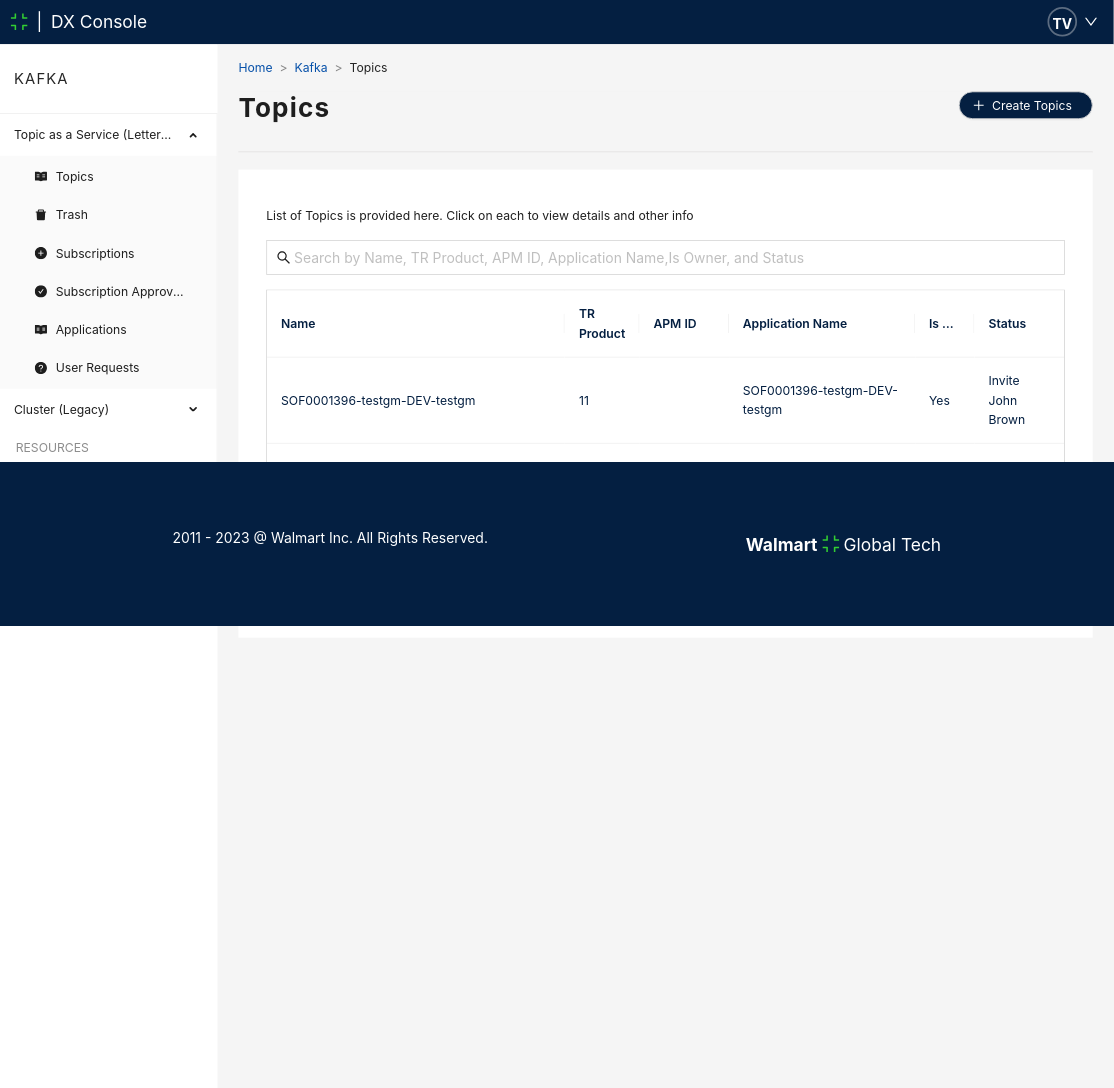
Repository: Qianying-Chai/kafka
Page: /kafka/topics
The author's editor kept a copy of each file at every save. The page is drawn from the files as they stood at one save, then again after the next save.
The browser window is 1280 px wide. The pictures show the whole page, at 87% of full size.
The project was rebuilt for these pictures with package versions that can differ from the ones it lists, and the page was loaded fresh each time. Also part of the build but not shown: src/pages/Taas/Trash/Style/Trash.css, src/pages/Taas/Trash/Trash.jsx, src/pages/Taas/SubscriptionApprovals/SubscriptionApprovals.jsx, src/pages/Taas/Subscriptions/SubscriptionsNonProxy/SubscriptionsNonProxy.jsx, src/pages/Taas/Subscriptions/SubscriptionsProxy/SubscriptionsProxy.jsx, src/pages/Taas/Applications/Applications.jsx, src/pages/Taas/UserRequests/UserRequests.jsx, src/pages/Cluster/Style/Clusters.css and 7 more.

Above is the page before, as saved 2024-01-15 15:57:00.

### src/index.js
import React from "react";
import ReactDOM from "react-dom/client";
import App from "./App";
import { BrowserRouter } from "react-router-dom";
import { Provider } from "react-redux";
import store from "../src/redux/store";
import "./style/index.css";

const root = ReactDOM.createRoot(document.getElementById("root"));
root.render(
  <Provider store={store}>
    <BrowserRouter>
      <App />
    </BrowserRouter>
  </Provider>
);

### src/App.js
import Header from "./pages/common/Header";
import Sider from "./pages/common/Sider.jsx";
import categoryConstants from "./pages/common/categoryConstants";
import Topics from "./pages/Taas/Topics/Topics";
import Trash from "./pages/Taas/Trash/Trash";
import SubscriptionApprovals from "./pages/Taas/SubscriptionApprovals/SubscriptionApprovals";
import SubscriptionsNonProxy from "./pages/Taas/Subscriptions/SubscriptionsNonProxy/SubscriptionsNonProxy";
import SubscriptionsProxy from "./pages/Taas/Subscriptions/SubscriptionsProxy/SubscriptionsProxy";
import Applications from "./pages/Taas/Applications/Applications";
import UserRequests from "./pages/Taas/UserRequests/UserRequests";
import Clusters from "./pages/Cluster/Clusters";
import MigratedClusters from "./pages/Cluster/MigratedClusters";
import Subscription from "./pages/Cluster/Subscription";
import UserRequestsLegacy from "./pages/Cluster/UserRequestsLegacy";
import CreateTopics from "./pages/Taas/Topics/CreateTopics.jsx";
import Support from "./pages/Resources/Support";
import Footer from "./pages/common/Footer";
import { Routes, Route } from "react-router-dom";
import { Layout } from "antd";

function App() {
  return (
    <div className="App">
      <Layout>
        <Header />
        <Layout>
          <Sider />
          <Layout
            style={{
              padding: "0 24px 24px",
              height: "fit-content",
            }}
          >
            <Routes>
              <Route
                path={`kafka/${categoryConstants.TOPICS.toLowerCase()}`}
                element={<Topics />}
              />
              <Route
                path={`kafka/${categoryConstants.TOPICS.toLowerCase()}/create`}
                element={<CreateTopics />}
              />
              <Route
                path={`kafka/${categoryConstants.TRASH.toLowerCase()}`}
                element={<Trash />}
              />
              <Route
                path={`kafka/${categoryConstants.SUBSCRIPTIONS.toLowerCase()}_active_tab=nonProxy`}
                element={<SubscriptionsNonProxy />}
              />
              <Route
                path={`kafka/${categoryConstants.SUBSCRIPTIONS.toLowerCase()}_active_tab=proxy`}
                element={<SubscriptionsProxy />}
              />
              <Route
                path={`kafka/subscriptionRequests`}
                element={<SubscriptionApprovals />}
              />
              <Route
                path={`kafka/${categoryConstants.APPLICATIONS.toLowerCase()}`}
                element={<Applications />}
              />
              <Route path={`kafka/requests`} element={<UserRequests />} />
              <Route
                path={`kafka/${categoryConstants.CLUSTERS.toLowerCase()}`}
                element={<Clusters />}
              />
              <Route
                path={`kafka/migrated-clusters`}
                element={<MigratedClusters />}
              />
              <Route
                path={`kafka/mps-clusters-subscriptions`}
                element={<Subscription />}
              />
              <Route
                path={`kafka/legacy-requests`}
                element={<UserRequestsLegacy />}
              />
              <Route
                path={`kafka/${categoryConstants.SUPPORT.toLowerCase()}`}
                element={<Support />}
              />
            </Routes>
          </Layout>
        </Layout>
        <Footer />
      </Layout>
    </div>
  );
}

export default App;

### src/redux/store.jsx
import { configureStore } from "@reduxjs/toolkit";
import reducer from "./reducer";
const store = configureStore({ reducer: reducer });
export default store;

### src/pages/common/Header.jsx
import React from "react";
import "./Style/Header.css";
import { CompressOutlined, UpOutlined, DownOutlined } from "@ant-design/icons";
import { Layout } from "antd";
import { useState } from "react";
const Header = () => {
  const [login, setLogin] = useState(true);

  return (
    <Layout>
      <Layout.Header className="header">
        <div className="header-content-left">
          <CompressOutlined className="header-left-icon" />
          <span className="header-left-divider">|</span>
          <span className="header-left-dx-console">DX Console </span>
        </div>
        <div className="header-content-right">
          <div className="user">
            <div className="user-icon">TV</div>
            {login ? (
              <DownOutlined
                className="login-button"
                onClick={() => {
                  setLogin((state) => !state);
                }}
              />
            ) : (
              <UpOutlined
                className="logout-button"
                onClick={() => {
                  setLogin((state) => !state);
                }}
              />
            )}
          </div>
          <div
            className="logout-pop-up"
            style={{
              display: login ? "none" : "block",
            }}
          >
            LOGOUT
          </div>
        </div>
      </Layout.Header>
    </Layout>
  );
};
export default Header;

### src/pages/common/Sider.jsx
import React from "react";
import { Link } from "react-router-dom";
import "./Style/Sider.css";
import {
  ReadFilled,
  DeleteFilled,
  PlusCircleFilled,
  CheckCircleFilled,
  QuestionCircleFilled,
  HddFilled,
  SettingFilled,
} from "@ant-design/icons";
import { Layout, Menu, theme, ConfigProvider } from "antd";
import categoryConstants from "./categoryConstants";

const Sider = () => {
  const {
    token: { colorBgContainer },
  } = theme.useToken();

  const items = [
    {
      key: "Topic as a Service (Lettera)",
      label: "Topic as a Service (Lettera)",
      children: [
        {
          key: "Topics",
          label: (
            <Link to={`kafka/${categoryConstants.TOPICS.toLowerCase()}`}>
              {categoryConstants.TOPICS}
            </Link>
          ),
          icon: React.createElement(ReadFilled),
        },
        {
          key: "Trash",
          label: (
            <Link to={`kafka/${categoryConstants.TRASH.toLowerCase()}`}>
              {categoryConstants.TRASH}
            </Link>
          ),
          icon: React.createElement(DeleteFilled),
        },
        {
          key: "Subscriptions",
          label: (
            <Link
              to={`kafka/${categoryConstants.SUBSCRIPTIONS.toLowerCase()}_active_tab=nonProxy`}
            >
              {categoryConstants.SUBSCRIPTIONS}
            </Link>
          ),
          icon: React.createElement(PlusCircleFilled),
        },
        {
          key: "Subscription Approvals",
          label: (
            <Link to={`kafka/subscriptionRequests`}>
              {categoryConstants.SUBSCRIPTIONS_APPROVALS.replace("_", " ")}
            </Link>
          ),
          icon: React.createElement(CheckCircleFilled),
        },
        {
          key: "Applications",
          label: (
            <Link to={`kafka/${categoryConstants.APPLICATIONS.toLowerCase()}`}>
              {categoryConstants.APPLICATIONS}
            </Link>
          ),
          icon: React.createElement(ReadFilled),
        },
        {
          key: "User Requests",
          label: (
            <Link to={`kafka/requests`}>
              {categoryConstants.USER_REQUESTS.replace("_", " ")}
            </Link>
          ),
          icon: React.createElement(QuestionCircleFilled),
        },
      ],
    },
    {
      label: <div>Cluster (Legacy)</div>,
      key: "Cluster (Legacy)",
      children: [
        {
          key: "Clusters",
          label: (
            <Link to={`kafka/${categoryConstants.CLUSTERS.toLowerCase()}`}>
              {categoryConstants.CLUSTERS}
            </Link>
          ),
          icon: React.createElement(HddFilled),
        },
        {
          key: "Migrated Clusters",
          label: (
            <Link to={`kafka/migrated-clusters`}>
              {categoryConstants.MIGRATED_CLUSTERS.replace("_", " ")}
            </Link>
          ),
          icon: React.createElement(HddFilled),
        },
        {
          key: "Subscription",
          label: (
            <Link to={`kafka/mps-clusters-subscriptions`}>
              {categoryConstants.SUBSCRIPTION}
            </Link>
          ),
          icon: React.createElement(PlusCircleFilled),
        },
        {
          key: "User Requests (Legacy)",
          label: (
            <Link to={`kafka/legacy-requests`}>User Requests (Legacy)</Link>
          ),
          icon: React.createElement(QuestionCircleFilled),
        },
      ],
    },
    {
      label: <div>RESOURCES</div>,
      type: "group",
      key: "RESOURCES",
      children: [
        {
          key: "Supprot",
          label: (
            <Link to={`kafka/${categoryConstants.SUPPORT.toLowerCase()}`}>
              {categoryConstants.SUPPORT}
            </Link>
          ),
          icon: React.createElement(SettingFilled),
        },
      ],
    },
  ];

  return (
    <ConfigProvider
      theme={{
        components: {
          Menu: {
            itemHoverBg: "",
            itemHoverColor: "#1890ff",
            padding: 30,
          },
          Tabs: {
            inkBarColor: "rgb(4, 31, 65)",
          },
        },
      }}
    >
      <Layout.Sider
        className="sider"
        width={"250px"}
        style={{
          background: colorBgContainer,
        }}
      >
        <div className="slider-top">
          <span className="slider-top-content">KAFKA</span>
        </div>
        <div
          style={{
            marginLeft: "-12px",
          }}
        >
          <div></div>
          <Menu
            mode="inline"
            items={items}
            defaultOpenKeys={["Topic as a Service (Lettera)", "RESOURCES"]}
            style={{
              color: "#041f41",
            }}
          />
        </div>
      </Layout.Sider>
    </ConfigProvider>
  );
};
export default Sider;

### src/pages/common/categoryConstants.jsx
const categoryConstants = {
  TOPICS: "Topics",
  TRASH: "Trash",
  SUBSCRIPTIONS: "Subscriptions",
  SUBSCRIPTIONS_APPROVALS: "Subscription Approvals",
  APPLICATIONS: "Applications",
  USER_REQUESTS: "User Requests",
  CLUSTERS: "Clusters",
  MIGRATED_CLUSTERS: "Migrated Clusters",
  SUBSCRIPTION: "Subscription",
  USERE_REQUESTS_LEGACY: "User Requests (Legacy)",
  SUPPORT: "Support",
  CREATE_TOPICS: "Create Topics",
};

export default categoryConstants;

### src/pages/Taas/Topics/Topics.jsx
import React from "react";
import ComponentsTable from "../../Components/ComponentsTable";
import ComponentsInput from "../../Components/ComponentsInput";
import ComponentsPagination from "../../Components/ComponentsPagination";
import categoryConstants from "../../common/categoryConstants";
import ComponentsContent from "../../Components/ComponentsContent";
import ComponentsBreadcrumb from "../../Components/ComponentsBreadcrumb";
import ComponentsTitle from "../../Components/ComponentsTitle";
import { Space, Button } from "antd";
import { PlusOutlined } from "@ant-design/icons";
import { Link } from "react-router-dom";

const Topics = () => {
  const columns = [
    {
      title: "Name",
      dataIndex: "Name",
      key: "Name",
      width: "40%",
      // render: (text) => <a>{text}</a>,
      render: (_, record) => (
        <Space size="middle">
          <a> SOF0001396-testgm-DEV-testgm</a>
        </Space>
      ),
    },
    {
      title: <div>TR Product</div>,
      dataIndex: "Topic Name",
      key: "Topic Name",
      width: "10%",
      render: (_, record) => (
        <Space size="middle">
          <a> 11</a>
        </Space>
      ),
    },
    {
      title: "APM ID",
      dataIndex: "APM ID",
      key: "APM ID",
      width: "12%",
    },
    {
      title: "Application Name",
      key: "Application on Name",
      dataIndex: "Application on Name",
      width: "25%",
      // render: (_, { tags }) => (
      //   <>
      //     {tags.map((tag) => {
      //       let color = tag.length > 5 ? "geekblue" : "green";
      //       if (tag === "loser") {
      //         color = "volcano";
      //       }
      //       return (
      //         <Tag color={color} key={tag}>
      //           {tag.toUpperCase()}
      //         </Tag>
      //       );
      //     })}
      //   </>
      // ),
      render: (_, record) => (
        <Space size="middle">
          <a> SOF0001396-testgm-DEV-testgm</a>
        </Space>
      ),
    },
    {
      title: "Is Owner",
      key: "Is Owner",
      width: "8%",
      ellipsis: true,
      render: (_, record) => (
        <Space size="middle">
          <a>Yes</a>
        </Space>
      ),
    },
    {
      title: "Status",
      key: "Status",
      width: "12%",
      render: (_, record) => (
        <Space size="middle">
          <a>Invite {record.name}</a>
        </Space>
      ),
    },
  ];
  const data = [
    {
      key: "1",
      name: "John Brown",
      age: 32,
      address: "New York No. 1 Lake Park",
      tags: ["nice", "developer"],
    },
    {
      key: "2",
      name: "Jim Green",
      age: 42,
      address: "London No. 1 Lake Park",
      tags: ["loser"],
    },
    {
      key: "3",
      name: "Joe Black",
      age: 32,
      address: "Sydney No. 1 Lake Park",
      tags: ["cool", "teacher"],
    },
  ];
  return (
    <>
      <div>
        <ComponentsBreadcrumb
          items={[
            {
              title: "Home",
            },
            {
              title: "Kafka",
            },
            {
              title: categoryConstants.TOPICS,
            },
          ]}
        />
        <div className="content-banner">
          <ComponentsTitle title={categoryConstants.TOPICS} />
          <Button shape="round" size="medium" className="content-banner-button">
            <PlusOutlined />
            {categoryConstants.CREATE_TOPICS}
            <Link
              to={`/kafka/${categoryConstants.TOPICS.toLowerCase()}/create`}
            ></Link>
          </Button>
        </div>
      </div>
      <ComponentsContent>
        <p className="content-text">
          List of Topics is provided here. Click on each to view details and
          other info
        </p>
        <ComponentsInput
          placeholder={
            "Search by Name, TR Product, APM ID, Application Name,Is Owner, and Status"
          }
        />
        <ComponentsTable columns={columns} data={data} />
        <ComponentsPagination showQuickJumper defaultPageSize={25} total={25} />
      </ComponentsContent>
    </>
  );
};
export default Topics;

### src/pages/common/Footer.jsx
import React from "react";
import { Layout } from "antd";
import { CompressOutlined } from "@ant-design/icons";
import "./Style/Footer.css";

const Footer = () => {
  return (
    <Layout.Footer className="footer">
      <div className="footer-text-left">
        2011 - 2023 @ Walmart Inc. All Rights Reserved.
      </div>
      <div className="footer-text-right">
        <span className="footer-text-right-walmart">Walmart</span>
        <CompressOutlined className="footer-icon" />
        <span className="footer-text-right-global-tech">Global Tech</span>
      </div>
    </Layout.Footer>
  );
};

export default Footer;

### src/redux/reducer.jsx
import { SET_PATH_NAME, SET_SELECTED_TAAS_SUBSCRIPTIONS } from "./constants";
const initialState = {
  pathName: "",
  selectedTaasSubscriptions: "nonProxy",
};
const reducer = (state = initialState, action) => {
  const { type, payload } = action;
  switch (type) {
    case SET_PATH_NAME:
      return { ...state, pathName: payload };
    case SET_SELECTED_TAAS_SUBSCRIPTIONS:
      return { ...state, selectedTaasSubscriptions: payload };
    default:
      return state;
  }
};

export default reducer;

### src/pages/common/Style/Header.css
.header {
  justify-content: space-between;
  padding: 0 12px;
  background-color: rgb(4, 31, 65);
  height: 51px;
  line-height: 51px;
  color: #ffffff;
}

.header,
.user {
  display: flex;
}

.header-content-left {
  font-size: 20px;
}

.header-left-icon {
  color: #32cd32;
}

.header-left-divider {
  margin: 0 10px;
}

.header-content-right {
  font-weight: bolder;
  flex-direction: column;
  font-size: 1rem;
  width: 76px;
  padding-left: 12px;
}

.user {
  margin: 8px 0px;
}
.user-icon {
  height: 34px;
  line-height: 34px;
  width: 34px;
  border-radius: 50%;
  text-align: center;
}
.user-icon,
.logout-pop-up {
  border: 2px solid rgba(225, 225, 225, 0.4);
}

.login-button,
.logout-button {
  padding-left: 8px;
}

.logout-pop-up {
  transition: all 10s ease-out;
  width: 100px;
  height: 60px;
  line-height: 60px;
  position: absolute;
  right: 0px;
  z-index: 999;
  font-size: 15px;
  letter-spacing: 1pt;
  text-align: center;
  justify-content: center;
  color: rgb(94, 91, 91);
  box-shadow: 0px 0px 4px 4px rgba(176, 174, 174, 0.4);
}

### src/pages/common/Style/Sider.css
.sider {
  min-height: 1200px;
}

.slider-top {
  height: 80px;
  border-bottom: 1px solid rgb(239, 239, 239);
}
.slider-top-content {
  height: 100%;
  display: flex;
  align-items: center;
  margin-left: 16px;
  letter-spacing: 1pt;
  font-size: 17px;
  color: #000000d9;
}

### src/pages/Components/ComponentsTable.jsx
import { ConfigProvider, Table } from "antd";

const ComponentsTable = (props) => {
  return (
    <ConfigProvider
      theme={{
        components: {
          Table: {
            headerBg: "#ffffff",
            headerColor: "#041F41",
          },
        },
        token: {
          colorLink: "rgb(4, 31, 65)",
          borderRadius: 0,
        },
      }}
    >
      <Table
        style={{ border: "1px solid	#d7d7d7", margin: "12px 0" }}
        columns={props.columns}
        dataSource={props.data}
        pagination={false}
      />
    </ConfigProvider>
  );
};

export default ComponentsTable;

### src/pages/Components/ComponentsInput.jsx
import { SearchOutlined } from "@ant-design/icons";
import { Input } from "antd";

const ComponentsInput = (props) => {
  return (
    <>
      <Input
        size="large"
        placeholder={props.placeholder}
        prefix={<SearchOutlined />}
        style={{ borderRadius: "0px", marginBottom: "5px" }}
      />
    </>
  );
};

export default ComponentsInput;

### src/pages/Components/ComponentsPagination.jsx
import React from "react";
import { Pagination, ConfigProvider } from "antd";

const ComponentsPagination = (props) => {
  return (
    <>
      <ConfigProvider
        theme={{
          token: {
            borderRadius: 0,
          },
        }}
      >
        <Pagination
          defaultCurrent={1}
          size="small"
          showSizeChanger
          showQuickJumper={props.showQuickJumper}
          defaultPageSize={props.defaultPageSize}
          total={props.total}
          style={{ display: "flex", justifyContent: "end" }}
        />
      </ConfigProvider>
    </>
  );
};

export default ComponentsPagination;

### src/pages/Components/ComponentsContent.jsx
import React from "react";
import "../common/Style/Content.css";
import { Layout, theme } from "antd";

const ComponentsContent = (props) => {
  const {
    token: { colorBgContainer },
  } = theme.useToken();

  return (
    <div>
      <Layout.Content
        style={{
          padding: "20px 32px 32px",
          minHeight: 280,
          background: colorBgContainer,
        }}
        {...props}
      ></Layout.Content>
    </div>
  );
};
export default ComponentsContent;

### src/pages/Components/ComponentsBreadcrumb.jsx
import React from "react";
import { Breadcrumb, ConfigProvider } from "antd";

const ComponentsBreadcrumb = (props) => {
  return (
    <ConfigProvider
      theme={{
        components: {
          Breadcrumb: {
            lastItemColor: "#000000D9",
            linkColor: "#075179",
            itemColor: "#0751A9",
            linkHoverColor: "#F5F5F5",
          },
          token: {
            colorBgTextHover: "#F5F5F5",
          },
        },
      }}
    >
      <div>
        <Breadcrumb
          style={{
            margin: "16px 0",
          }}
          separator=">"
          items={props.items}
        ></Breadcrumb>
      </div>
    </ConfigProvider>
  );
};
export default ComponentsBreadcrumb;

### src/pages/Components/ComponentsTitle.jsx
import React from "react";
import { Typography, ConfigProvider } from "antd";
const { Title } = Typography;

const ComponentsTitle = (props) => {
  return (
    <>
      <ConfigProvider
        theme={{
          components: {
            token: {
              colorText: "#041E42",
            },
          },
        }}
      >
        <Title level={2} style={{ fontWeight: "bold" }}>
          {props.title}
        </Title>
      </ConfigProvider>
    </>
  );
};

export default ComponentsTitle;

### src/pages/common/Style/Footer.css
.footer {
  text-emphasis-style: center;
  background-color: #041f41;
  color: white;
  display: flex;
  justify-content: space-around;
  height: 189px;
  align-items: center;
  width: 100%;
  position: fixed;
  bottom: 0;
}

.footer-icon {
  font-size: 20px;
  color: #32cd32;
}

.footer-text-left {
  font-size: 16px;
  margin-bottom: 16px;
}

.footer-text-right {
  font-size: 20px;
}

.footer-text-right-walmart {
  font-weight: bold;
  padding-right: 5px;
}

.footer-text-right-global-tech {
  padding-left: 5px;
}

### src/redux/constants.jsx
const SET_PATH_NAME = "SET_PATH_NAME";
const SET_SELECTED_TAAS_SUBSCRIPTIONS = "SET_SELECTED_TAAS_SUBSCRIPTIONS";
export { SET_PATH_NAME };
export { SET_SELECTED_TAAS_SUBSCRIPTIONS };

### src/pages/common/Style/Content.css
.content-banner {
  height: 70px;
  display: flex;
  justify-content: space-between;
  background-color: #f5f5f5;
  color: #041e42;
  letter-spacing: 1pt;
  border-bottom: 1px solid rgba(167, 164, 164, 0.3);
  margin-bottom: 20px;
  padding-bottom: 15px;
}

.content-banner-button {
  background-color: #041f41;
  color: #ffffff;
}

.content-text {
  margin: 24px 0 20px;
}

Loaded but not shown: public/index.html (common file); src/style/index.css (common file)

After the next save:
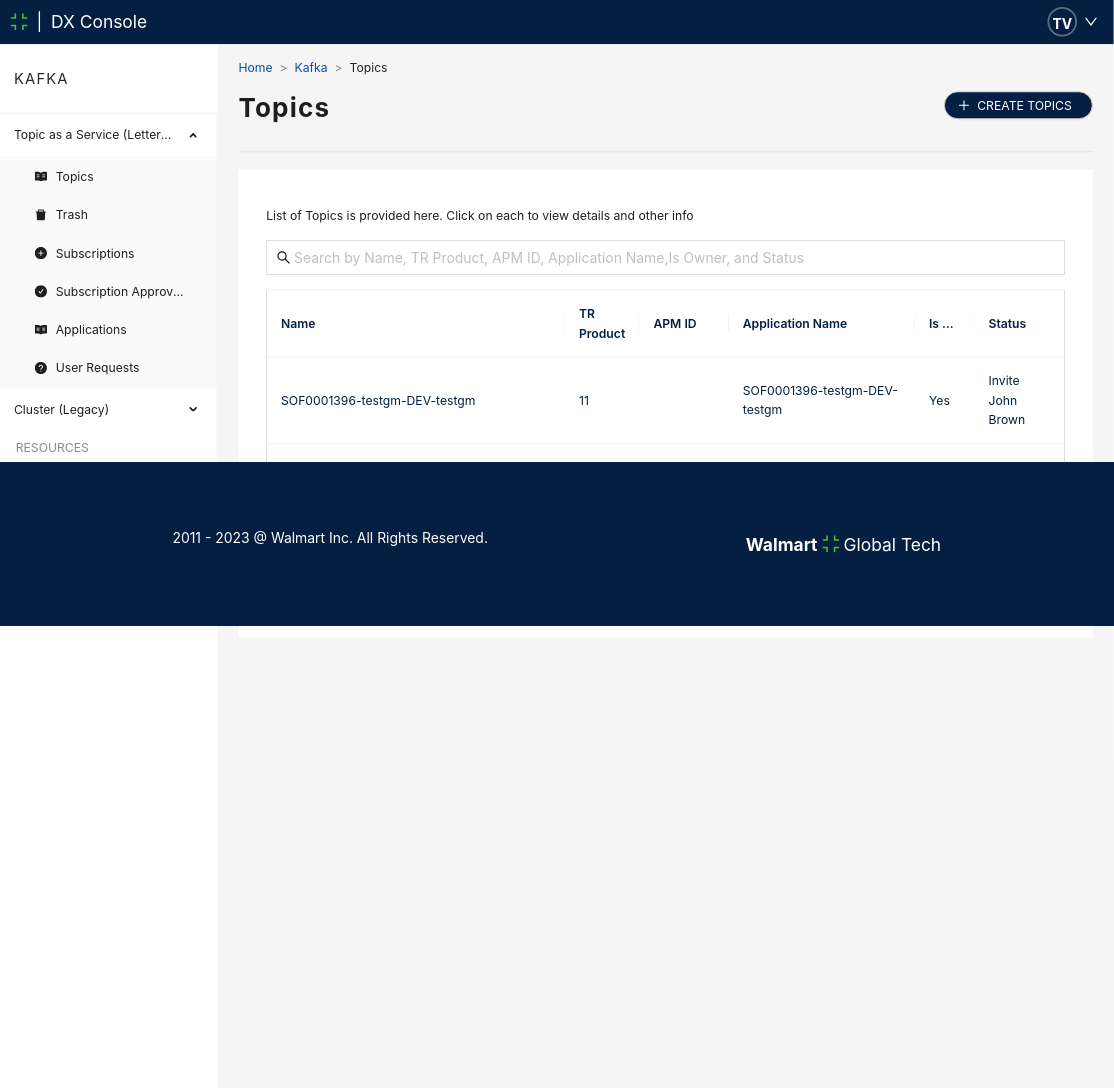
Saved 12 s later.
--- a/src/pages/Taas/Topics/Topics.jsx
+++ b/src/pages/Taas/Topics/Topics.jsx
@@ -132,7 +132,7 @@
           <ComponentsTitle title={categoryConstants.TOPICS} />
           <Button shape="round" size="medium" className="content-banner-button">
             <PlusOutlined />
-            {categoryConstants.CREATE_TOPICS}
+            {categoryConstants.CREATE_TOPICS.toUpperCase()}
             <Link
               to={`/kafka/${categoryConstants.TOPICS.toLowerCase()}/create`}
             ></Link>
